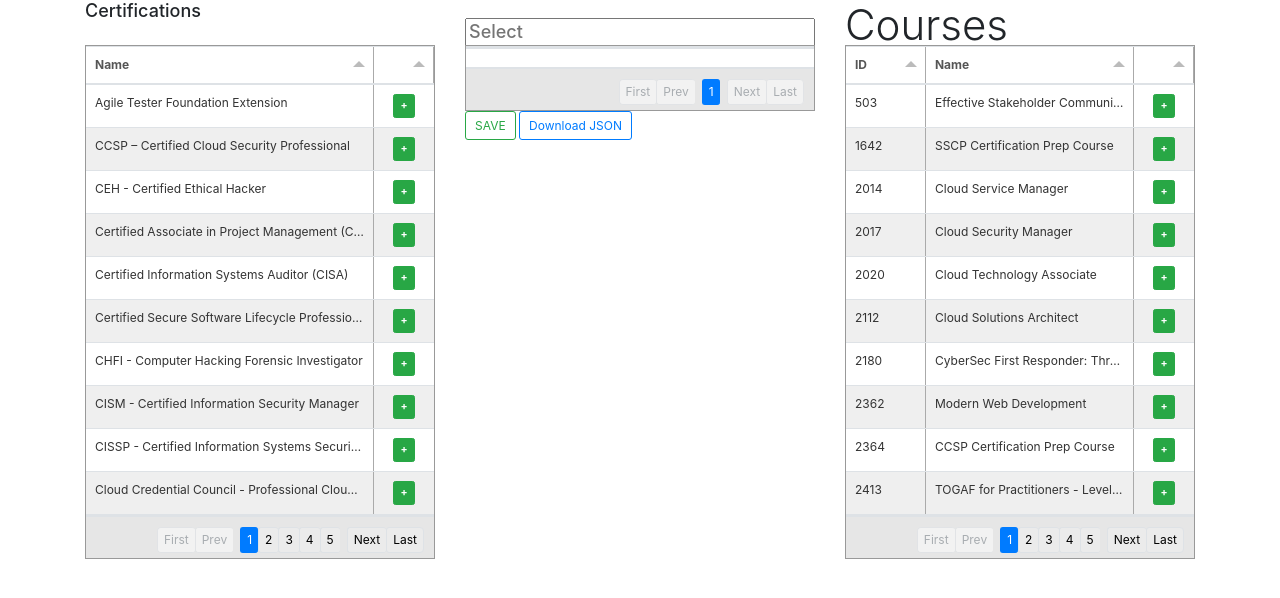
Repository: t1s1/pathfinder2
Page: index.html
The author's editor kept a record of every edit. The page is drawn from the files as they stood at one moment, then again after the next edit.
The browser window is 1280 px wide. The pictures show the whole page.

Above is the page before.

After the next edit:
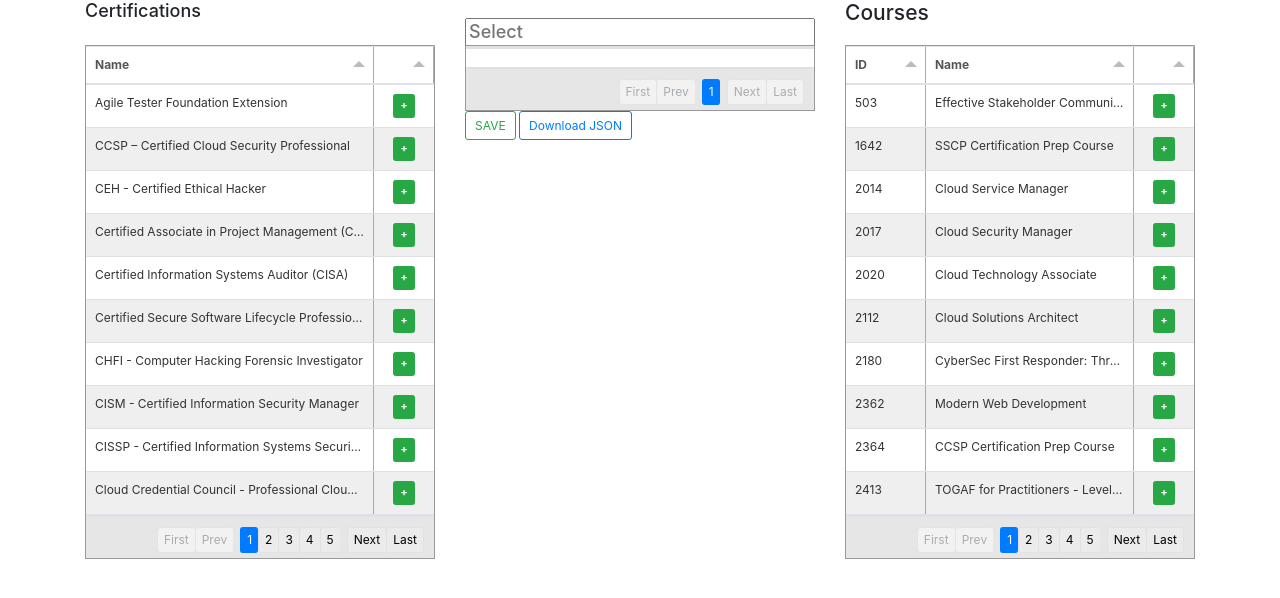
The edit:
--- a/index.html
+++ b/index.html
@@ -43,7 +43,7 @@
         <small id="root-type" class="text-muted mt-5">&nbsp;</small>
         <input id="root-choice" type="text" class="h4 text-primary w-100" placeholder="Select">
       </div>
-    <div class="display-4 col-xl-4">Courses</div>
+    <div class="h3 col-xl-4">Courses</div>
   </div>
   <div id="cols" class="row">
     <div id="certs" class="table-col col-xl-4">
